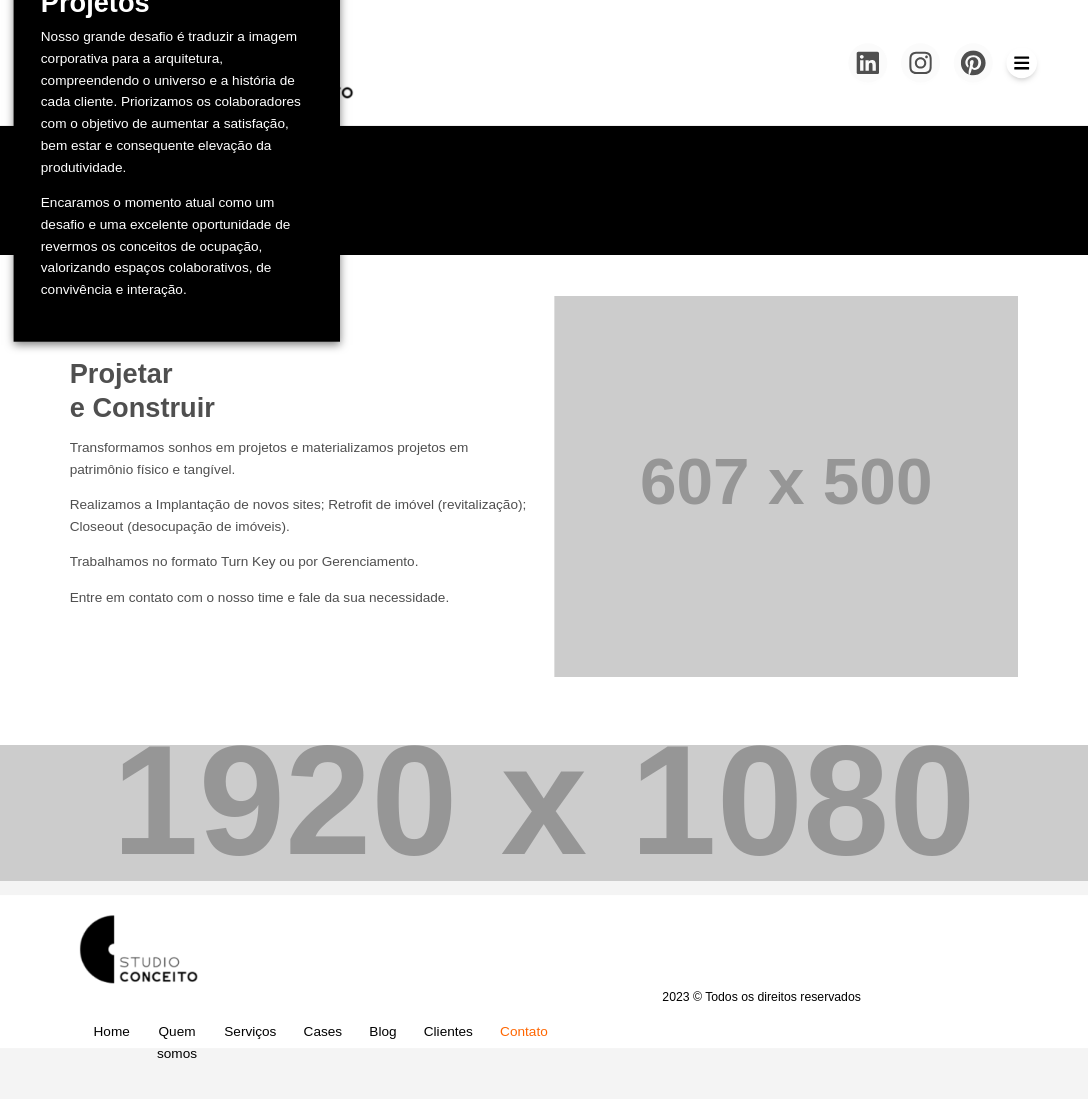
Repository: Upstairs-Agencia/studio-conceito-react
Page: /servicos
An editor plug-in stored every save of this project. The page is shown before and after the next save, followed by the edit.
The browser window is 1280 px wide. The pictures show the whole page, at 85% of full size.
The project was rebuilt for these pictures with package versions that can differ from the ones it lists, and the page was loaded fresh each time. Also part of the build but not shown: src/pages/Home.js, src/pages/QuemSomos.js, src/pages/Cases.js, src/pages/Blog.js, src/pages/Clientes.js, src/pages/Contato.js.

Above is the page before, as saved 2024-12-28 03:15:20.

### public/index.html
<!DOCTYPE html>
<html lang="en">
  <head>
    <meta charset="utf-8" />
    <link rel="icon" href="%PUBLIC_URL%/favicon.ico" />
    <meta name="viewport" content="width=device-width, initial-scale=1" />
    <meta name="theme-color" content="#000000" />
    <meta
      name="description"
      content="Web site created using create-react-app"
    />
    <link rel="apple-touch-icon" href="%PUBLIC_URL%/logo192.png" />
    <!--
      manifest.json provides metadata used when your web app is installed on a
      user's mobile device or desktop. See https://developers.google.com/web/fundamentals/web-app-manifest/
    -->
    <link rel="manifest" href="%PUBLIC_URL%/manifest.json" />
    <!--
      Notice the use of %PUBLIC_URL% in the tags above.
      It will be replaced with the URL of the `public` folder during the build.
      Only files inside the `public` folder can be referenced from the HTML.

      Unlike "/favicon.ico" or "favicon.ico", "%PUBLIC_URL%/favicon.ico" will
      work correctly both with client-side routing and a non-root public URL.
      Learn how to configure a non-root public URL by running `npm run build`.
    -->
    <title>Studio Conceito</title>
  </head>
  <body>
    <noscript>You need to enable JavaScript to run this app.</noscript>
    <div id="root"></div>
    <!--
      This HTML file is a template.
      If you open it directly in the browser, you will see an empty page.

      You can add webfonts, meta tags, or analytics to this file.
      The build step will place the bundled scripts into the <body> tag.

      To begin the development, run `npm start` or `yarn start`.
      To create a production bundle, use `npm run build` or `yarn build`.
    -->
  </body>
</html>

### src/index.js

import React from 'react';
import ReactDOM from 'react-dom';
import App from './App';
import 'mdb-react-ui-kit/dist/css/mdb.min.css'; // MDB styles
import './index.css'; // Global styles

ReactDOM.render(
  <React.StrictMode>
    <App />
  </React.StrictMode>,
  document.getElementById('root')
);

### src/App.js

import React from 'react';
import { BrowserRouter as Router, Routes, Route } from 'react-router-dom';
import Home from './pages/Home';
import QuemSomos from './pages/QuemSomos';
import Servicos from './pages/Servicos';
import Cases from './pages/Cases';
import Blog from './pages/Blog';
import Clientes from './pages/Clientes';
import Contato from './pages/Contato';

function App() {
  return (
    <Router>
      <Routes>
        <Route path="/" element={<Home />} />
        <Route path="/quem-somos" element={<QuemSomos />} />
        <Route path="/servicos" element={<Servicos />} />
        <Route path="/cases" element={<Cases />} />
        <Route path="/blog" element={<Blog />} />
        <Route path="/clientes" element={<Clientes />} />
        <Route path="/contato" element={<Contato />} />
      </Routes>
    </Router>
  );
}

export default App;

### src/index.css

body {
  margin: 0;
  font-family: Arial, sans-serif;
  background-color: #f4f4f4;
}

### src/pages/Servicos.js
import React from 'react';
import { MDBContainer, MDBRow, MDBCol } from 'mdb-react-ui-kit';
import Navbar from '../components/navbar';
import Footer from '../components/footer';

const placeholderImage1 = 'https://placehold.co/607x500'; // Imagem ao lado do texto
const placeholderImage2 = 'https://placehold.co/1920x1080'; // Imagem de fundo

const Servicos = () => {
  return (
    <div>
      <Navbar />

      {/* Sessão preta com título */}
      <section className="bg-black text-white py-5">
        <MDBContainer>
          <h1 className="fw-bold">Serviços</h1>
        </MDBContainer>
      </section>

      {/* Sessão Projetar e Construir */}
      <section className="py-5 bg-white">
        <MDBContainer>
          <MDBRow className="align-items-center">
            <MDBCol md="6" className="mb-4">
              <h2 className="fw-bold mb-3">Projetar<br />e Construir</h2>
              <p>
                Transformamos sonhos em projetos e materializamos projetos em patrimônio físico e tangível.
              </p>
              <p>
                Realizamos a Implantação de novos sites; Retrofit de imóvel (revitalização); Closeout (desocupação de imóveis).
              </p>
              <p>
                Trabalhamos no formato Turn Key ou por Gerenciamento.
              </p>
              <p>
                Entre em contato com o nosso time e fale da sua necessidade.
              </p>
            </MDBCol>
            <MDBCol md="6">
              <img
                src={placeholderImage1}
                alt="Projetar e Construir"
                style={{ width: '100%', height: 'auto', marginBottom: '2rem' }}
              />
            </MDBCol>
          </MDBRow>
        </MDBContainer>
      </section>

      {/* Sessão Projetos */}
      <section
        style={{
          backgroundImage: `url(${placeholderImage2})`,
          backgroundSize: 'cover',
          backgroundPosition: 'center',
          padding: '5rem 0',
        }}
      >
        <MDBContainer>
          {/* Retângulo com texto */}
          <div
            style={{
              backgroundColor: "black",
              color: "white",
              padding: "2rem",
              width: "30%",
              position: "absolute",
              top: "-3rem", // Faz o retângulo subir sobre a imagem de fundo
              left: "1rem", // Margem à esquerda
              height: "auto", // Aumenta a altura com base no conteúdo
              boxShadow: "0px 4px 10px rgba(0, 0, 0, 0.5)", // Para criar um efeito de profundidade
            }}
          >
            <h2 className="fw-bold">Projetos</h2>
            <p>
              Nosso grande desafio é traduzir a imagem corporativa para a arquitetura, compreendendo o universo e a história de cada cliente. Priorizamos os colaboradores com o objetivo de aumentar a satisfação, bem estar e consequente elevação da produtividade.
            </p>
            <p>
              Encaramos o momento atual como um desafio e uma excelente oportunidade de revermos os conceitos de ocupação, valorizando espaços colaborativos, de convivência e interação.
            </p>
          </div>
        </MDBContainer>
      </section>

      <Footer />
    </div>
  );
};

export default Servicos;

### src/components/navbar.js
import React, { useState } from "react";

import Logo from "../images/logoBlack.png";

import {
  MDBNavbar,
  MDBNavbarBrand,
  MDBContainer,
} from "mdb-react-ui-kit";
import { FaLinkedin, FaInstagram, FaPinterest, FaBars } from "react-icons/fa";
import { IoIosClose } from "react-icons/io";
import { Link } from "react-router-dom";

import SeloGptw from "../images/selo-gptw.png";

const Navbar = () => {
  const [showMenu, setShowMenu] = useState(false);

  return (
    <>
      {/* Navbar */}
      <MDBNavbar dark bgColor="white" className="py-4 px-5">
        <MDBContainer fluid className="d-flex justify-content-between align-items-center">
          {/* Logo */}
          <MDBNavbarBrand href="#" className="ms-5">
            <img
              src={Logo}
              alt="Logo"
              style={{ maxHeight: "90px", marginLeft: "12vw"}}
            />
          </MDBNavbarBrand>

          {/* Social Icons and Menu Toggle */}
          <div className="d-flex align-items-center">
            {/* Social Icons */}
            <div className="d-flex gap-3 me-3">
              <button className="btn btn-light rounded-circle p-2">
                <FaLinkedin size={30} />
              </button>
              <button className="btn btn-light rounded-circle p-2">
                <FaInstagram size={30} />
              </button>
              <button className="btn btn-light rounded-circle p-2">
                <FaPinterest size={30} />
              </button>
            </div>

            {/* FaBars Icon for Sidebar */}
            <button
              className="btn rounded-circle p-2"
              style={{
                background: "none",
                border: "none",
                cursor: "pointer",
              }}
              onClick={() => setShowMenu(!showMenu)}
            >
              <FaBars size={20} color="black" />
            </button>
          </div>
        </MDBContainer>
      </MDBNavbar>

      {/* Sidebar Menu */}
      {showMenu && (
        <div
          className="position-fixed top-0 end-0 bg-white vh-100 vw-350 shadow-lg d-flex flex-column"
          style={{ zIndex: 1050, width: "500px" }}
        >
          <div className="d-flex justify-content-end p-3">
            {/* Close Button */}
            <button
              className="p-0"
              style={{
                background: "none",
                border: "none",
                cursor: "pointer",
              }}
              onClick={() => setShowMenu(false)}
            >
              <IoIosClose size={40} />
            </button>
          </div>





          <div className="p-4 flex-grow-1">
            {/* Menu Items */}
            <ul className="list-unstyled">
              {[
                { label: "Home", link: "/" },
                { label: "Quem somos", link: "/quem-somos" },
                { label: "Serviços", link: "/servicos" },
                { label: "Cases", link: "/cases" },
                { label: "Blog", link: "/blog" },
                { label: "Clientes", link: "/clientes" },
                { label: "Contato", link: "/contato" },
              ].map((item, index) => (
                <li key={index} className="py-2">
                  <Link
                    to={item.link}
                    className="text-decoration-none fs-6"
                    style={{
                      transition: "all 0.3s ease-in-out", // Transição suave
                      color:"black"
                    }}
                    onMouseOver={(e) => {
                      e.currentTarget.style.color = "#FF7F30"; // Altera a cor
                      e.currentTarget.style.fontWeight = "bold"; // Negrito
                    }}
                    onMouseOut={(e) => {
                      e.currentTarget.style.color = "black"; // Retorna à cor original
                      e.currentTarget.style.fontWeight = "normal"; // Retira o negrito
                    }}
                  >
                    {item.label}
                  </Link>
                </li>
              ))}
            </ul>
          </div>



          {/* Footer Section */}
          <div className="d-flex justify-content-between align-items-center px-4 pb-4">
            {/* Social Icons */}
            <div className="d-flex gap-3">
              <button className="btn btn-dark rounded-circle p-2">
                <FaLinkedin size={20} color="white" />
              </button>
              <button className="btn btn-dark rounded-circle p-2">
                <FaInstagram size={20} color="white" />
              </button>
              <button className="btn btn-dark rounded-circle p-2">
                <FaPinterest size={20} color="white" />
              </button>
            </div>

            {/* Placeholder Image */}
            <img
              src={SeloGptw}
              alt="Great Place to Work"
              style={{ maxHeight: "200px", marginBottom: "4rem" }}
            />
          </div>
        </div>
      )}
    </>
  );
};

export default Navbar;

### src/components/footer.js
import React from "react";
import { MDBFooter, MDBContainer, MDBRow, MDBCol } from "mdb-react-ui-kit";
import Logo from "../images/logoBlack.png";
import "../styles/footer.css";

const Footer = () => {
  return (
    <MDBFooter className="footer-container text-center text-white">
      <MDBContainer className="p-4 footer-content">

        <MDBRow className="content-signature">
            {/* Logo e Nome */}
            <MDBCol md="4" className="mb-4 footer-left">
                <img
                    src={Logo}
                    alt="Studio Conceito Logo"
                    className="footer-logo"
                />

                {/* Navegação */}
                <MDBCol md="4" className="mb-3 footer-center">
                    <nav className="footer-nav">
                        <a href="/">Home</a>
                        <a href="/quem-somos"> Quem somos </a>
                        <a href="/servicos">Serviços</a>
                        <a href="/cases">Cases</a>
                        <a href="/blog">Blog</a>
                        <a href="/clientes">Clientes</a>
                        <a href="/contato" className="footerHighlight">
                            Contato
                        </a>
                    </nav>
                </MDBCol>

            </MDBCol>

            {/* Direitos Reservados */}
            <MDBCol md="4" className="mb-4 footer-right">
                <p className="mb-0">2023 &copy; Todos os direitos reservados</p>
            </MDBCol>

        </MDBRow>



      </MDBContainer>
    </MDBFooter>
  );
};

export default Footer;

### src/styles/footer.css
.footer-container {
    background-color: white;
    height: 25vh !important; /* Ocupa 30% da altura da tela */
    display: flex;
    justify-content: center;
    align-items: center;
    color: black;
    font-family: Arial, sans-serif;
    margin: 1rem 0;
  }

  .footer-content {
    height: 100%; /* Garante que o conteúdo ocupe toda a altura do footer */
  }

  .content-signature{
    display: flex;
    flex-direction: row;
  }

  .footer-left {
    display: flex;
    flex-direction: column;
  }

  .footer-logo {
    max-width: 40%; /* Aumenta a imagem para 40% de seu tamanho */
    margin-bottom: 10px;
  }


  .footer-center {
    text-align: center;
    margin: 2rem 0;
  }

  .footer-nav{
    display: flex;
    flex-direction: row;
    justify-content: space-around;
    width:35vw;

  }

  .footerHighlight {
    color: #ff6600 !important;
  }

  .footer-nav a {
    margin: 1px 1rem;
    text-decoration: none;
    color: #000;
    font-size: 1rem;
    transition: color 0.3s ease;
  }

  .footer-nav a:hover {
    color: #ff6600;
  }



  .footer-right {
    text-align: center;
    display: flex;
    justify-content: center;
    align-items: center;
    margin-left: 20vw;
    font-size: 0.9rem;
    color: #000;
  }

After the next save:
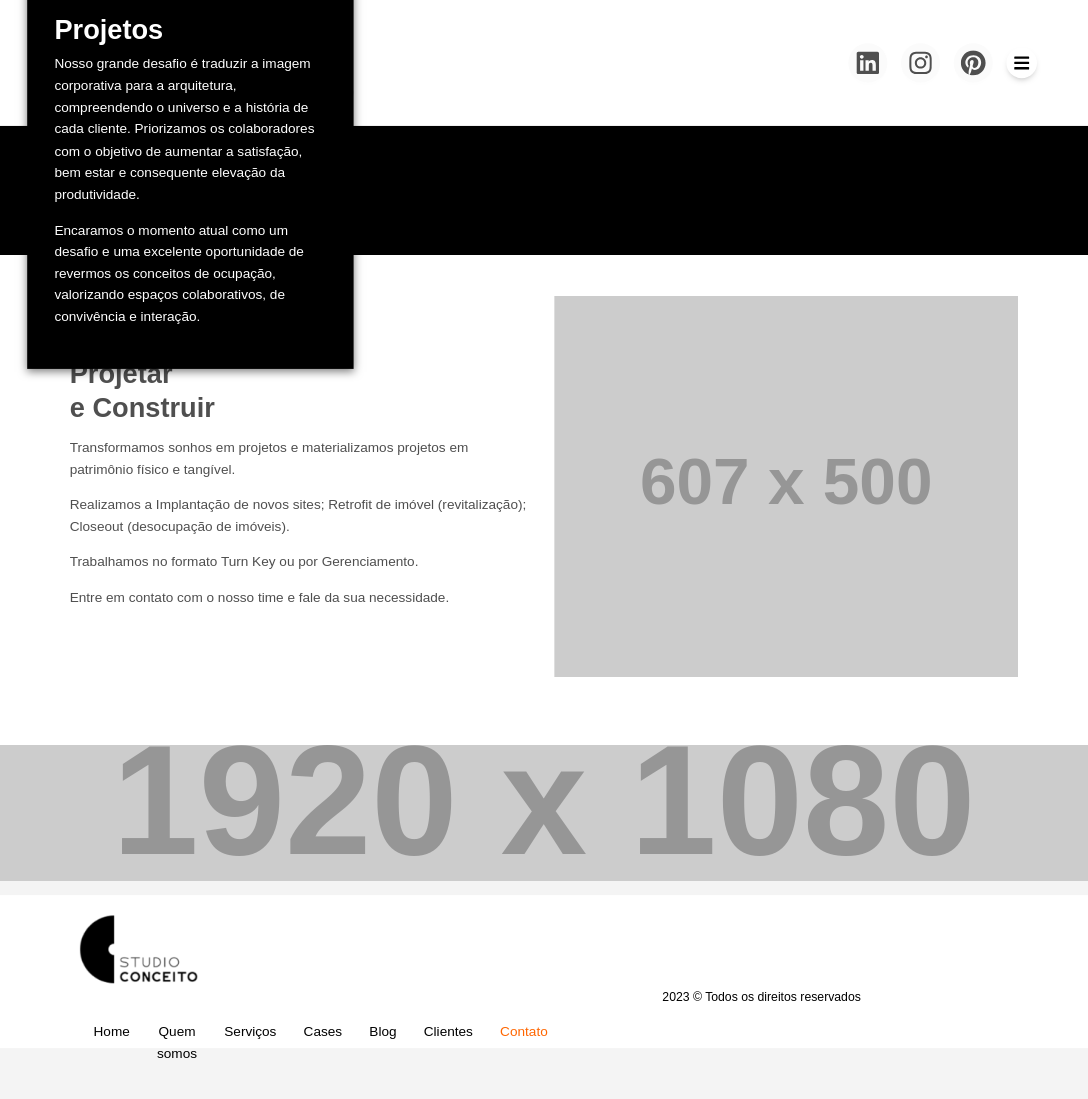
Saved 35 s later.
--- a/src/pages/Servicos.js
+++ b/src/pages/Servicos.js
@@ -66,8 +66,8 @@ const Servicos = () => {
               padding: "2rem",
               width: "30%",
               position: "absolute",
-              top: "-3rem", // Faz o retângulo subir sobre a imagem de fundo
-              left: "1rem", // Margem à esquerda
+              top: "-1rem", // Faz o retângulo subir sobre a imagem de fundo
+              left: "2rem", // Margem à esquerda
               height: "auto", // Aumenta a altura com base no conteúdo
               boxShadow: "0px 4px 10px rgba(0, 0, 0, 0.5)", // Para criar um efeito de profundidade
             }}
